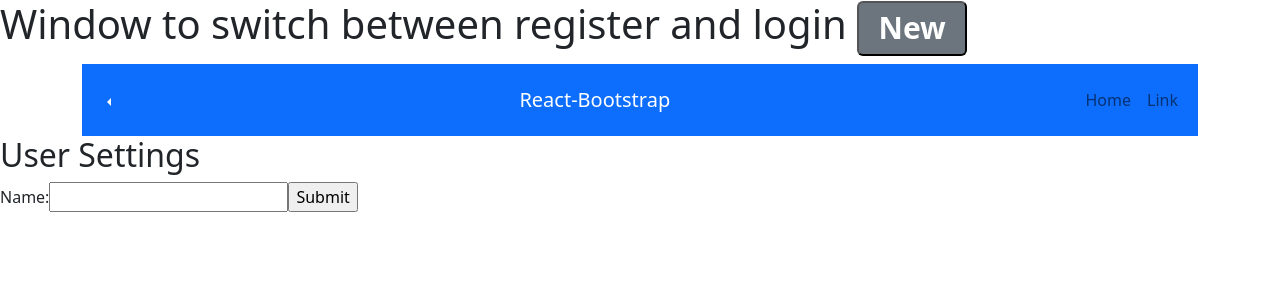
Repository: christenis98/RealWorldApp
Page: / (app in bank-frontend/)
The author's editor kept a copy of each file at every save. The page is drawn from the files as they stood at one save, then again after the next save.
The browser window is 1280 px wide. The pictures show the whole page.
The project was rebuilt for these pictures with package versions that can differ from the ones it lists, and the page was loaded fresh each time. Also part of the build but not shown: bank-frontend/src/App.css.

Above is the page before, as saved 2022-11-24 12:16:02.

After the next save:
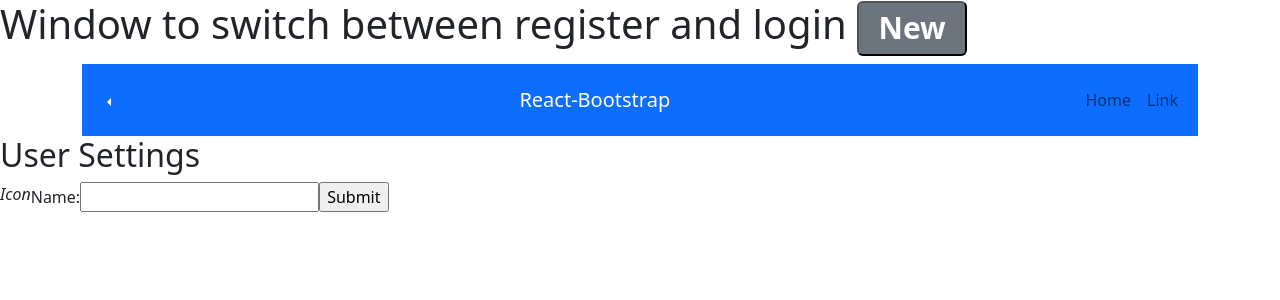
Saved 19 s later.
--- a/bank-frontend/src/js/UserSettings.jsx
+++ b/bank-frontend/src/js/UserSettings.jsx
@@ -5,7 +5,7 @@
         <div class="d-flex flex-column bd-highlight mb-3">
             <h2>User Settings</h2>
             <div class="d-flex flex-row bd-highlight mb-3">
-                <i class="bi bi-person-fill-gear"></i>
+                <i class="bi bi-person-fill-gear">Icon</i>
                 <label>
                     Name:
                     <input type="text" name="name" />

After the save that followed:
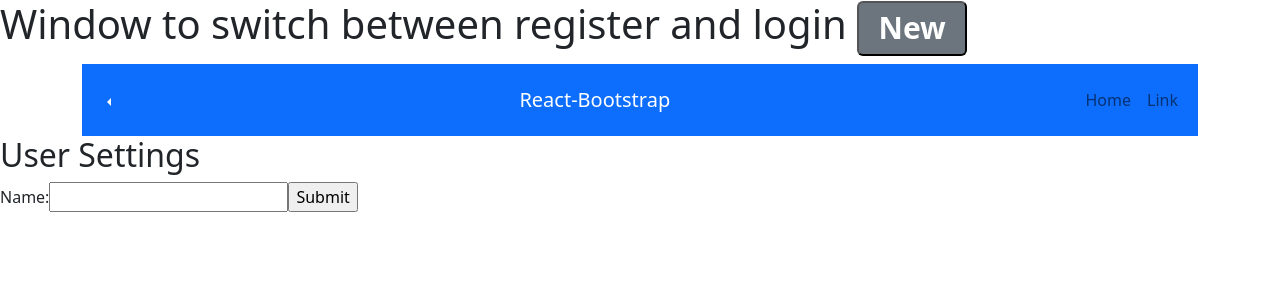
Saved 86 s later.
--- a/bank-frontend/src/js/UserSettings.jsx
+++ b/bank-frontend/src/js/UserSettings.jsx
@@ -5,7 +5,7 @@
         <div class="d-flex flex-column bd-highlight mb-3">
             <h2>User Settings</h2>
             <div class="d-flex flex-row bd-highlight mb-3">
-                <i class="bi bi-person-fill-gear">Icon</i>
+                <i class="bi bi-person-fill-gear"></i>
                 <label>
                     Name:
                     <input type="text" name="name" />
